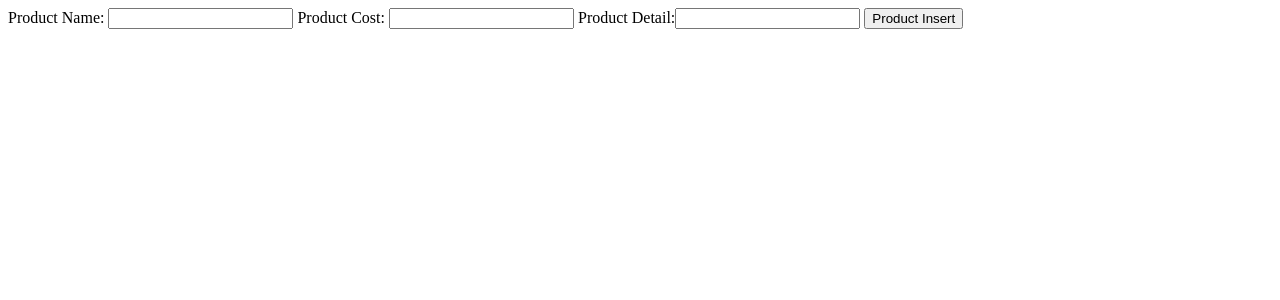
Repository: Shivaabhai/OnlineTest
Page: http://localhost/FrontEndProject/views/product.jsp
These files come from the project's save history. The page is drawn as it stood at one moment and after the next save; the edit follows.
The browser window is 1280 px wide. The pictures show the whole page.
The page is served by Tomcat 9. Other server files are loaded and not shown.

Above is the page before, as saved 2018-11-11 04:23:47.

### FrontEndProject/src/main/webapp/views/product.jsp
<%@ page language="java" contentType="text/html; charset=ISO-8859-1"
    pageEncoding="ISO-8859-1"%>
<!DOCTYPE html>
<html>
<head>
<meta charset="ISO-8859-1">
<title>Insert title here</title>
</head>
<body>

<form action="/FrontEndProject/success" method="post">

Product Name: <input type="text" name="pName"/>
Product Cost: <input type="text" name="pCost"/>
Product Detail:<input type="text"/>

<input type="submit" value="Product Insert"/>
</form>

</body>
</html>

After the next save:
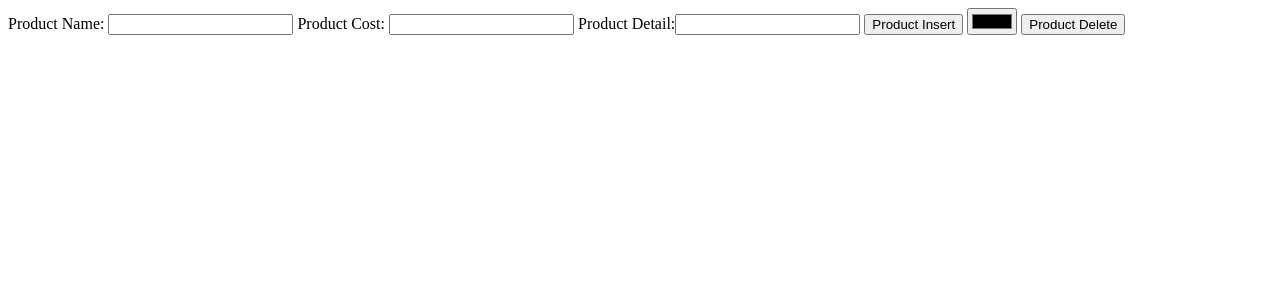
Saved 11 min 7 s later.
--- a/FrontEndProject/src/main/webapp/views/product.jsp
+++ b/FrontEndProject/src/main/webapp/views/product.jsp
@@ -15,6 +15,8 @@ Product Cost: <input type="text" name="pCost"/>
 Product Detail:<input type="text"/>
 
 <input type="submit" value="Product Insert"/>
+<input type="color" value="Product Update"/>
+<input type="submit" value="Product Delete"/>
 </form>
 
 </body>
